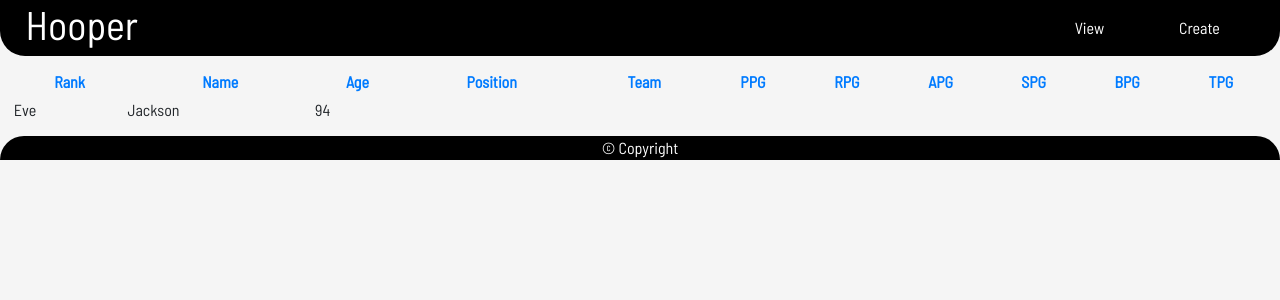
Repository: vlasarte/Hooper
Page: viewplayers.html
The author's editor kept a copy of each file at every save. The page is drawn from the files as they stood at one save, then again after a run of saves.
The browser window is 1280 px wide. The pictures show the whole page.

Above is the page before, as saved 2020-02-24 17:14:35.

### viewplayers.html
<!DOCTYPE html>
<!--[if lt IE 7]>      <html class="no-js lt-ie9 lt-ie8 lt-ie7"> <![endif]-->
<!--[if IE 7]>         <html class="no-js lt-ie9 lt-ie8"> <![endif]-->
<!--[if IE 8]>         <html class="no-js lt-ie9"> <![endif]-->
<!--[if gt IE 8]><!--> <html class="no-js"> <!--<![endif]-->
    <head>
        <meta charset="utf-8">
        <meta http-equiv="X-UA-Compatible" content="IE=edge">
        <title>Hooper</title>
        <meta name="description" content="">
        <meta name="viewport" content="width=device-width, initial-scale=1">
        <link href="https://fonts.googleapis.com/css?family=Barlow+Semi+Condensed&display=swap" rel="stylesheet">
        <link rel="stylesheet" href="https://stackpath.bootstrapcdn.com/bootstrap/4.3.1/css/bootstrap.min.css" integrity="sha384-ggOyR0iXCbMQv3Xipma34MD+dH/1fQ784/j6cY/iJTQUOhcWr7x9JvoRxT2MZw1T" crossorigin="anonymous">
        <link rel="stylesheet" href="assets/css/style.css">
    </head>
    <body>

        <header>
            <h1>Hooper</h1>
            <div class="dropdown">
                <button class="dropbtn">Create</button>
                <div class="dropdown-content">
                    <a href="#">Player</a>
                    <a href="#">Team</a>
                    <a class="dropdown-content-last" href="#">Game</a>
                </div>
            </div>
            <div class="dropdown">
                <button class="dropbtn">View</button>
                <div class="dropdown-content">
                    <a href="viewplayers.html">Players</a>
                    <a href="#">Teams</a>
                    <a class="dropdown-content-last" href="#">Games</a>
                </div>
            </div>
        </header>

        <div class="body-container">

            <table style="width:100%">
                <tr>
                    <th><a href="">Rank</a></th>
                    <th><a href="">Name</a></th>
                    <th><a href="">Age</a></th>
                    <th><a href="">Position</a></th>
                    <th><a href="">Team</a></th>
                    <th><a href="">PPG</a></th>
                    <th><a href="">RPG</a></th>
                    <th><a href="">APG</a></th>
                    <th><a href="">SPG</a></th>
                    <th><a href="">BPG</a></th>
                    <th><a href="">TPG</a></th>
                </tr>
                <tr style="text-align: center"></tr>
                    <td></td>
                    <td></td>
                    <td></td>
                    <td></td>
                    <td></td>
                    <td></td>
                    <td></td>
                    <td></td>
                    <td></td>
                    <td></td>
                    <td></td>
                </tr>
                <tr>
                    <td>Eve</td>
                    <td>Jackson</td>
                    <td>94</td>
                </tr>
            </table>

        </div>


        <footer>
            &copy Copyright
        </footer>

        <script src="assets/js/javascript.js" async defer></script>
    </body>
</html>

### assets/css/style.css
/* default settings */

body {
    font-family: 'Barlow Semi Condensed', sans-serif;
    background: whitesmoke;
}


/* header section */

header {
    font-family: 'Barlow Semi Condensed', sans-serif;
    width: 100%;
    height: 56px;
    background: black;
    color: white;
    padding: 0% 2%;
    border-radius: 0px 0px 25px 25px;
    position: sticky;
    top: 0;
    z-index: 1;
}

header h1 {
    float: left;
    height: 56px;
    margin: 0px;
}


/* hover dropdowns */

.dropbtn {
    height: 56px;
    font-family: 'Barlow Semi Condensed', sans-serif;
    min-width: 100px;
    background-color: black;
    color: white;
    padding: 16px;
    font-size: 16px;
    border: none;
    border-radius: 25px 25px 0px 0px;
}

.dropdown {
    margin: 0px 5px;
    float: right;
    position: relative;
    display: inline-block;
}

.dropdown-content {
    text-align: center;
    display: none;
    position: absolute;
    background-color: #f1f1f1;
    width: 100px;
    box-shadow: 0px 8px 16px 0px rgba(0, 0, 0, 0.2);
    z-index: 1;
    border-radius: 0px 0px 25px 25px;
}

.dropdown-content a {
    color: black;
    padding: 12px 16px;
    text-decoration: none;
    display: block;
}

.dropdown-content a:hover {
    background-color: #ddd;
}

.dropdown:hover .dropdown-content {
    display: block;
}

.dropdown:hover .dropbtn {
    background-color: #ddd;
    color: black;
}

.dropdown-content-last {
    border-radius: 0px 0px 25px 25px;
}

/* body container */

.body-container {
    padding: 1%;
}

th {
    text-align: center;
    color: black;
    font-weight: bold;
}


/* footer section */

footer {
    width: 100%;
    text-align: center;
    background: black;
    color: white;
    border-radius: 25px 25px 0px 0px;
}

### assets/js/javascript.js
var player = {
    name: "LeBron James",
    team: "LAL",
    position: "SF",
    PPG: 25.0,
    APG: 10.8,
    RPG: 7.8
}

var playerName = [
    "LeBron James",
    "Anthony Davis",
    "James Harden",
    "Kawhi Leonard",
    "Luka Doncic",
    ""]

After the next 2 saves:
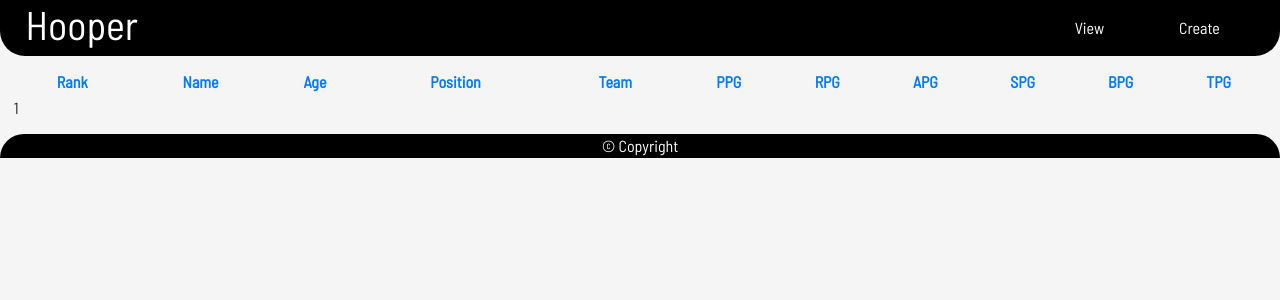
The 2 saves are shown as one change because they came seconds apart.
The last was saved 12 s later.
--- a/viewplayers.html
+++ b/viewplayers.html
@@ -52,6 +52,7 @@
                     <th><a href="">TPG</a></th>
                 </tr>
                 <tr style="text-align: center"></tr>
+                    <td>1</td>
                     <td></td>
                     <td></td>
                     <td></td>
@@ -62,12 +63,6 @@
                     <td></td>
                     <td></td>
                     <td></td>
-                    <td></td>
-                </tr>
-                <tr>
-                    <td>Eve</td>
-                    <td>Jackson</td>
-                    <td>94</td>
                 </tr>
             </table>
 
